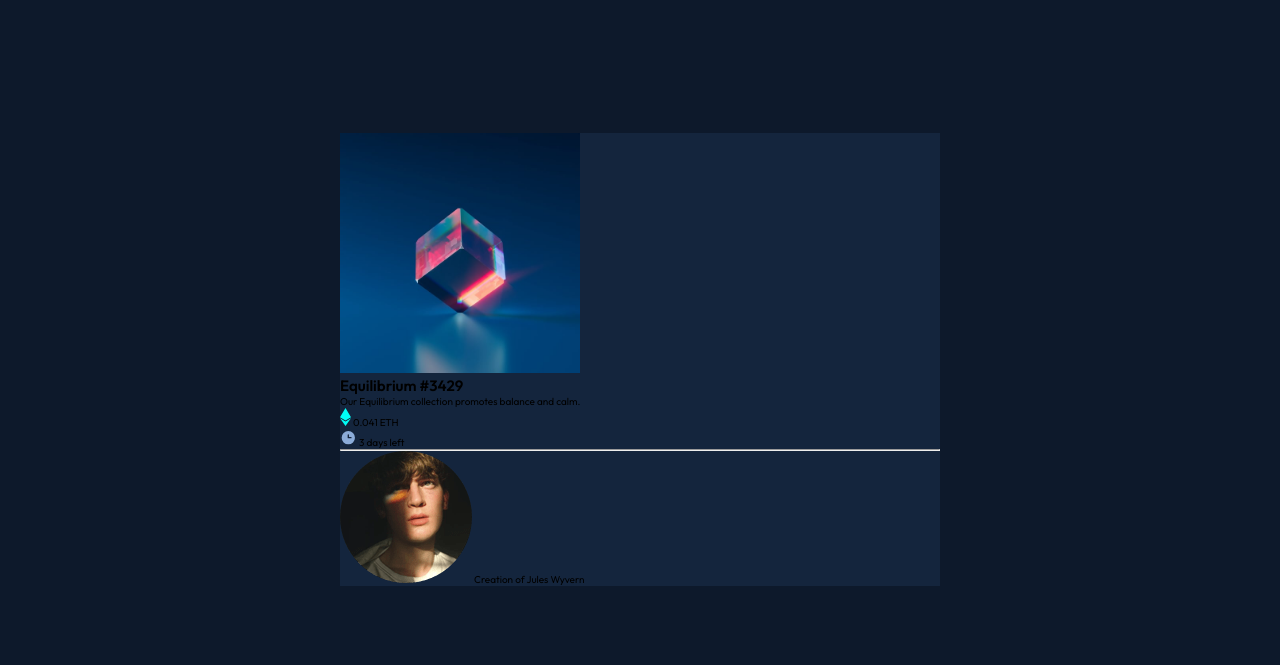
Repository: thaibaocoder1/nft-preview-card-component
Page: index.html
An editor plug-in stored every save of this project. The page is shown before and after a run of saves, followed by the edit.
The browser window is 1280 px wide. The pictures show the whole page.

Above is the page before, as saved 2023-01-06 18:29:38.

### index.html
<!DOCTYPE html>
<html lang="en">
<head>
  <meta charset="UTF-8">
  <meta name="viewport" content="width=device-width, initial-scale=1.0">
  <link rel="icon" type="image/png" sizes="32x32" href="./images/favicon-32x32.png">
  <title>Frontend Mentor | NFT preview card component</title>
  <link rel="stylesheet" href="./images/favicon-32x32.png">
  <link rel="stylesheet" href="./style.css">
  <style>
    .attribution { font-size: 11px; text-align: center; }
    .attribution a { color: hsl(228, 45%, 44%); }
  </style>
</head>
<body>
  <main class="container">
    <img src="./images/image-equilibrium.jpg" alt="" class="container-img">
    <div class="container-content">
      <h2 class="container-heading">Equilibrium #3429</h2>
      <p class="container-descs">Our Equilibrium collection promotes balance and calm.</p>
    </div>
    <section class="container-date">
      <div>
        <img src="./images/icon-ethereum.svg" alt="" class="container-date--image">
        <span class="container-date--text">0.041 ETH</span>
      </div>
      <div>
        <img src="./images/icon-clock.svg" alt="" class="container-date--image">
        <span class="container-date--text">3 days left</span>
      </div>
    </section>
    <hr>
    <div class="container-footer">
      <img src="./images/image-avatar.png" alt="" class="container-date--image">
      <span class="container-date--text">
        Creation of Jules Wyvern</span>
    </div>
  </main>


  <!-- <div class="attribution">
    Challenge by <a href="https://www.frontendmentor.io?ref=challenge" target="_blank">Frontend Mentor</a>.
    Coded by <a href="#">baoDev</a>.
  </div> -->
</body>
</html>
<!-- Equilibrium #3429

Our Equilibrium collection promotes balance and calm.

0.041 ETH
3 days left

Creation of Jules Wyvern -->

### style.css
@import url('https://fonts.googleapis.com/css2?family=Outfit:wght@300;400;600&display=swap');
* {
    margin: 0;
    padding: 0;
    box-sizing: border-box;
}
body {
    text-rendering: optimizeLegibility;
    scroll-behavior: smooth;
    font-size: 62.5%;
    font-family: 'Outfit', sans-serif;
    display: flex;
    align-items: center;
    justify-content: center;
    min-height: calc(100vh - 1px);
    background-color: var(--very-dark-blue-main);
}
:root {
    --soft-blue: hsl(215, 51%, 70%);
    --cyan-color: hsl(178, 100%, 50%);
    --very-dark-blue-main: hsl(217, 54%, 11%);
    --very-dark-blue-card: hsl(216, 50%, 16%);
    --very-dark-blue-line: hsl(215, 32%, 27%);
    --white-color: hsl(0, 0%, 100%);
}
.container {
    width: 600px;
    background-color: var(--very-dark-blue-card);
}
.container .container-img {
    width: 15rem;
    height: 15rem;
    object-fit: cover;
}

After the next 7 saves:
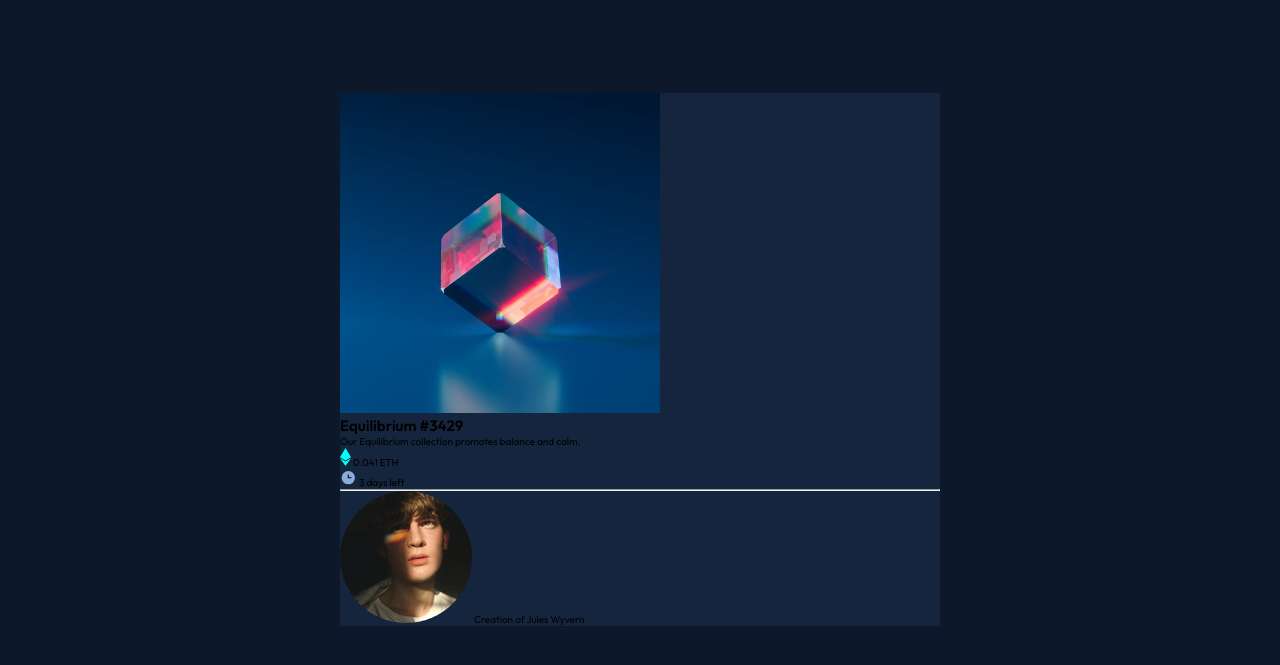
The 7 saves are shown as one change because they came seconds apart.
The last was saved 13 s later.
--- a/style.css
+++ b/style.css
@@ -28,7 +28,7 @@ body {
     background-color: var(--very-dark-blue-card);
 }
 .container .container-img {
-    width: 15rem;
-    height: 15rem;
+    width: 20rem;
+    height: 20rem;
     object-fit: cover;
 }
